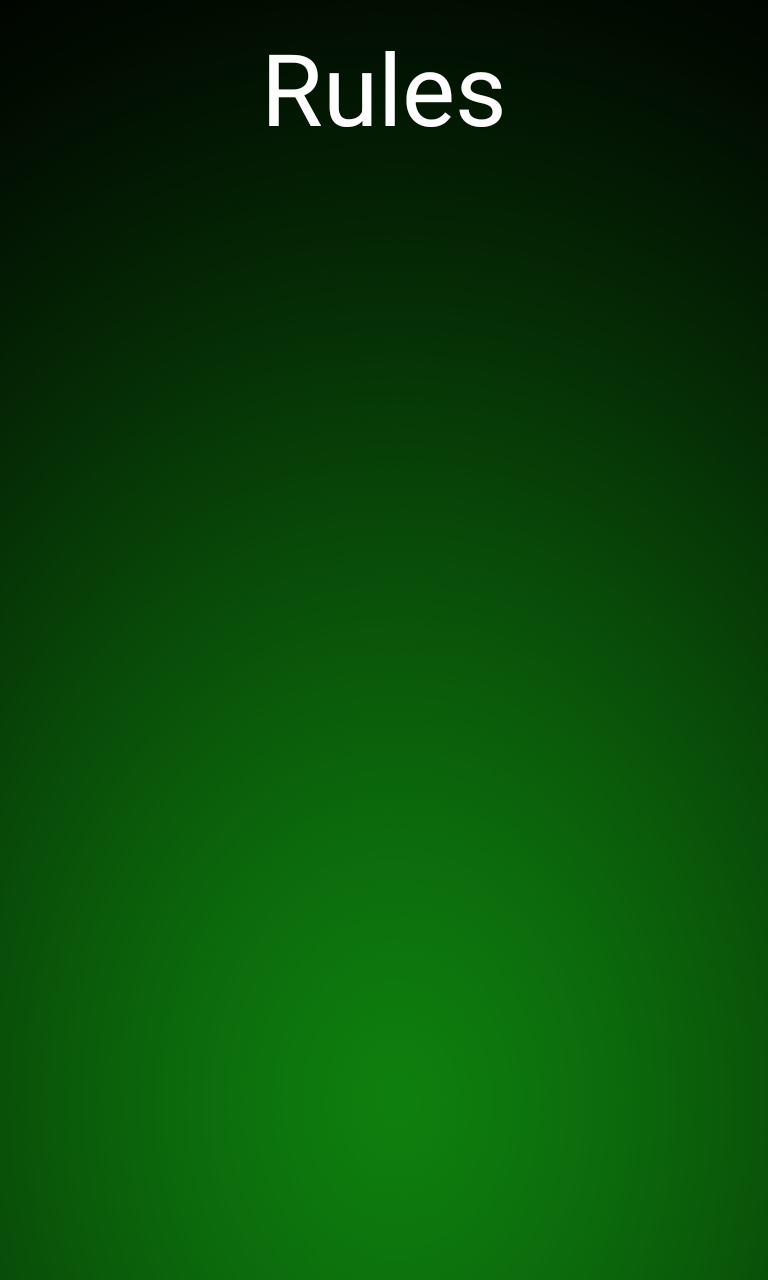
Repository: jwu14/AAProductions
Layout: EgyptianRatscrew/res/layout/activity_rules.xml
An editor plug-in stored every save of this project. The layout is shown before and after the next save, followed by the edit.
It is drawn on a 768 x 1280 px phone screen (xhdpi) without system bars, with theme AppTheme; the app's code is not run.

Above is the layout before, as saved 2013-03-06 20:57:46.

After the next save:
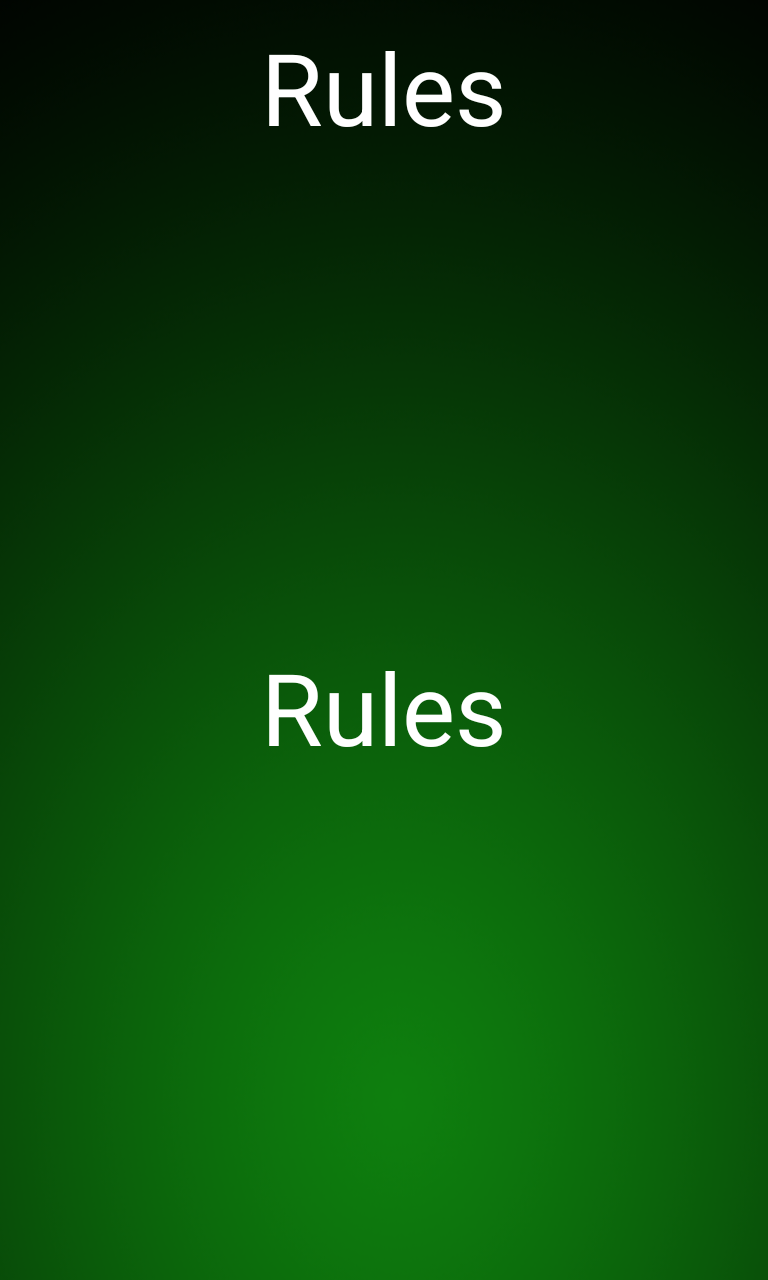
Saved 15 s later.
--- a/EgyptianRatscrew/res/layout/activity_rules.xml
+++ b/EgyptianRatscrew/res/layout/activity_rules.xml
@@ -27,6 +27,7 @@
         android:layout_weight="0.23"
         android:clickable="false"
         android:gravity="center_horizontal"
+        android:text="Rules"
         android:textColor="#FFFFFF"
         android:textSize="50sp" />
 
